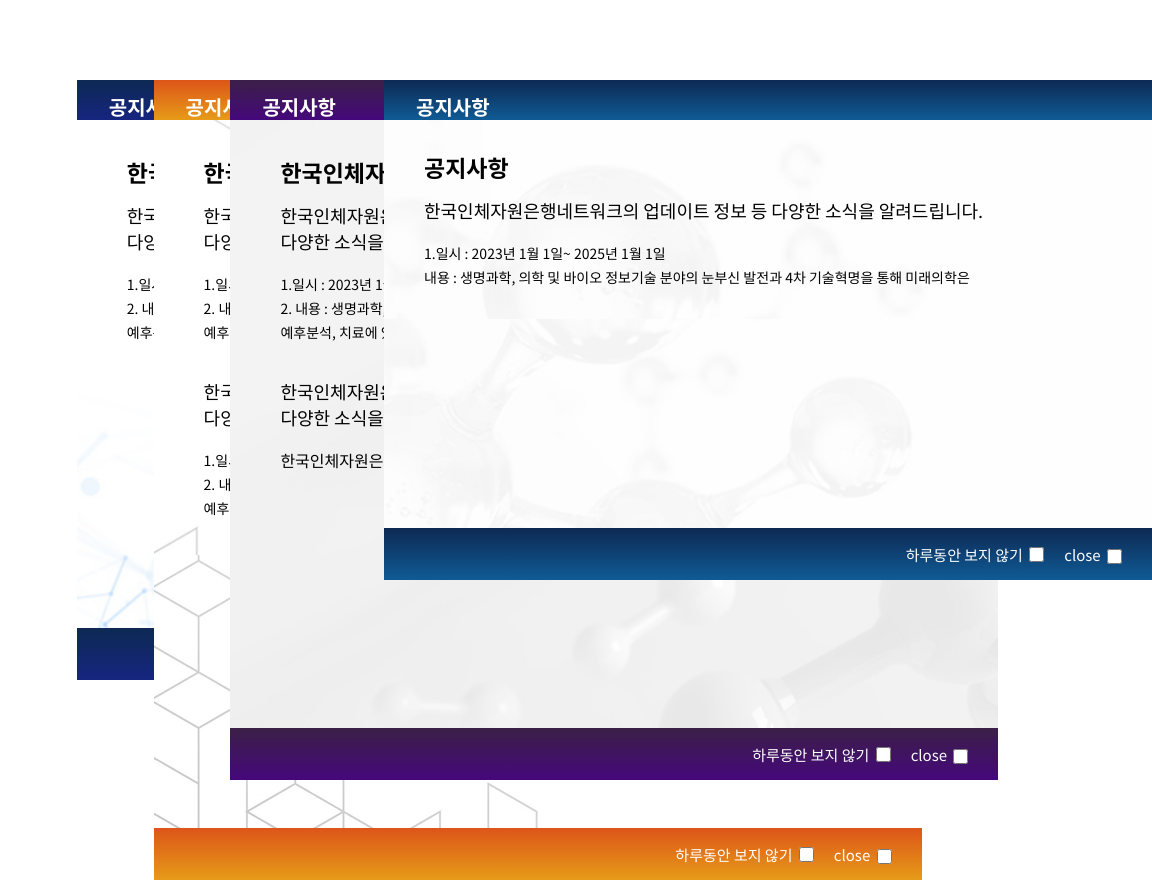
Repository: dlgywls1130/common_popup
Page: index.html
These files come from the project's save history. The page is drawn as it stood at one moment and after the next save; the edit follows.
The browser window is 768 px wide. The page is 1152 px wide, then 791 px, so the pictures cover 1152 px, including what lies to the right of the window. The pictures show the whole page.

Above is the page before, as saved 2023-10-26 01:01:04.

After the next save:
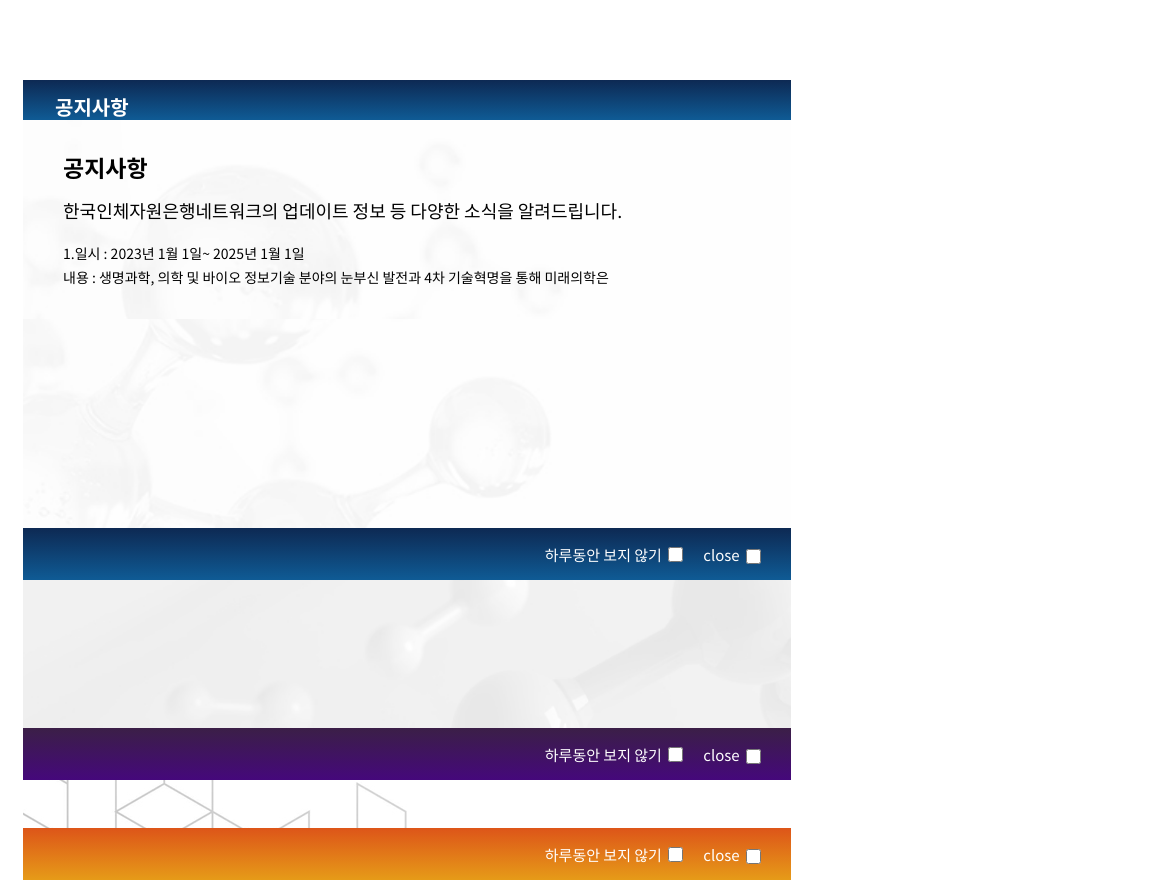
Saved 15 s later.
--- a/style.css
+++ b/style.css
@@ -202,25 +202,25 @@ time, mark, audio, video {
     .common_modal.blue {
         width: 100%;
         height: 600px;
-        left: 10%;
+        left: 3%;
     }
 
     .common_modal.orange {
         width: 100%;
         height: 800px;
-        left: 20%;
+        left: 3%;
     }
 
     .common_modal.purple {
         width: 100%;
         height: 700px;
-        left: 30%;
+        left: 3%;
     }
 
     .common_modal.sky {
         width: 100%;
         height: 500px;
-        left: 50%;
+        left: 3%;
     }
 
     .common_body_head {
